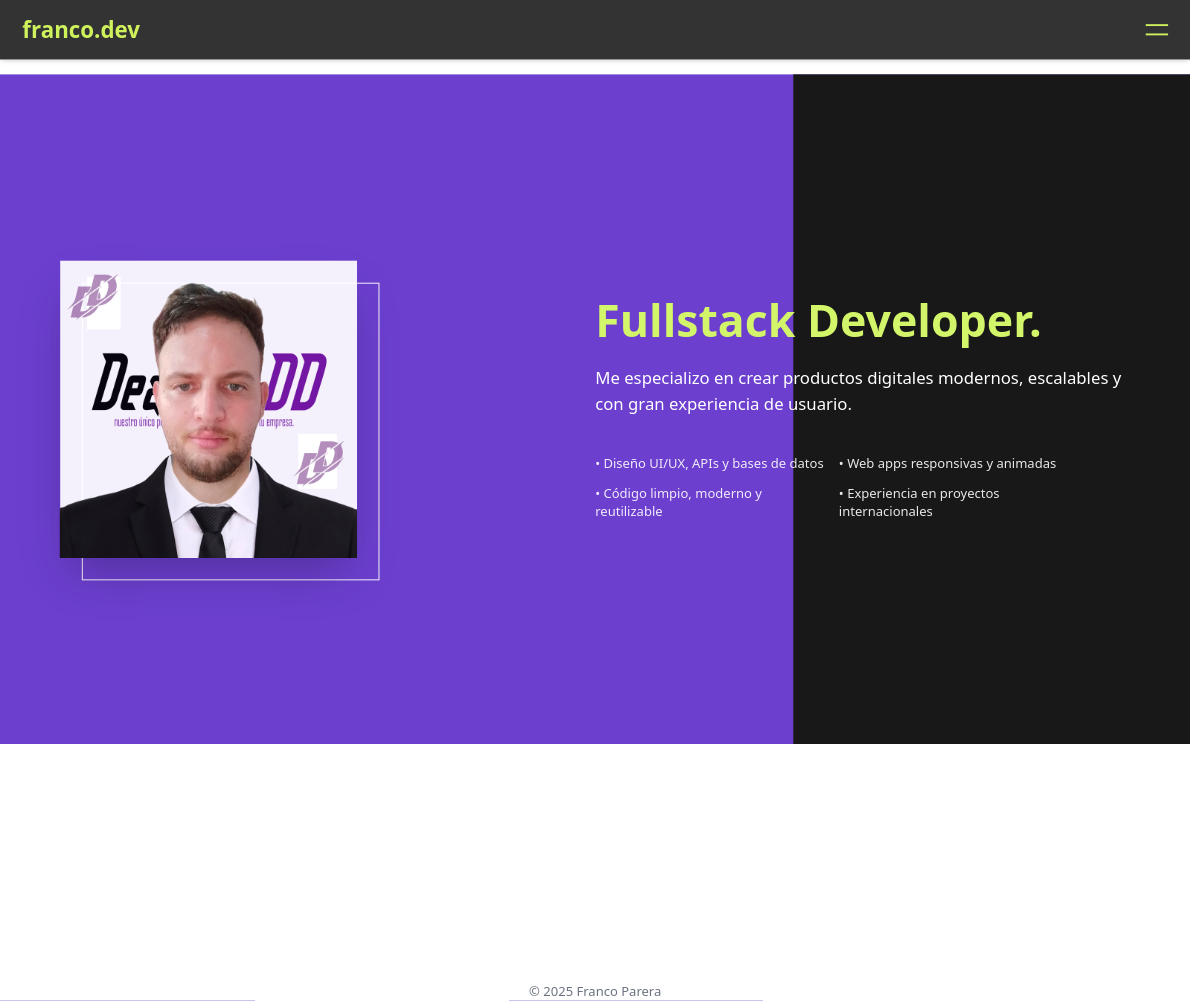
Repository: francoluca35/portfolio-franco-dev
Page: /
The author's editor kept a copy of each file at every save. The page is drawn from the files as they stood at one save, then again after the next save.
The browser window is 1280 px wide. The pictures show the whole page, at 93% of full size.
The project was rebuilt for these pictures with package versions that can differ from the ones it lists, and the page was loaded fresh each time. The framework's server and built-in components were replaced by stand-ins that run in the browser. Also part of the build but not shown: next.config.js.

Above is the page before, as saved 2025-05-06 01:23:54.

After the next save:
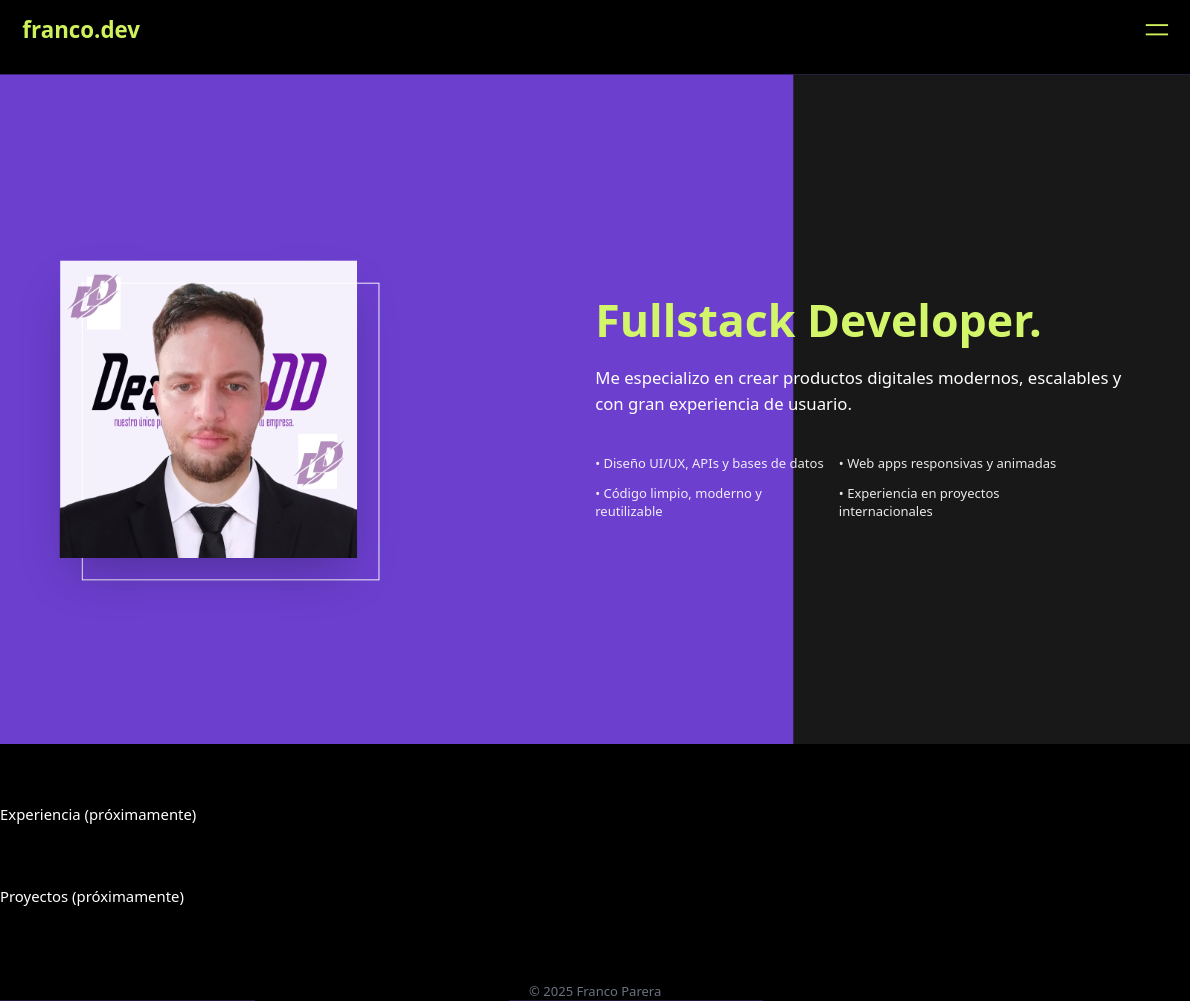
Saved 9 s later.
--- a/app/layout.jsx
+++ b/app/layout.jsx
@@ -42,7 +42,7 @@ export default function RootLayout({ children }) {
         <meta name="viewport" content="width=device-width, initial-scale=1" />
         <link rel="icon" href="/favicon.ico" />
       </head>
-      <body className=" text-white antialiased">
+      <body className="bg-black text-white antialiased">
         <Nav />
         <div className="pt-20">{children}</div>{" "}
       </body>
